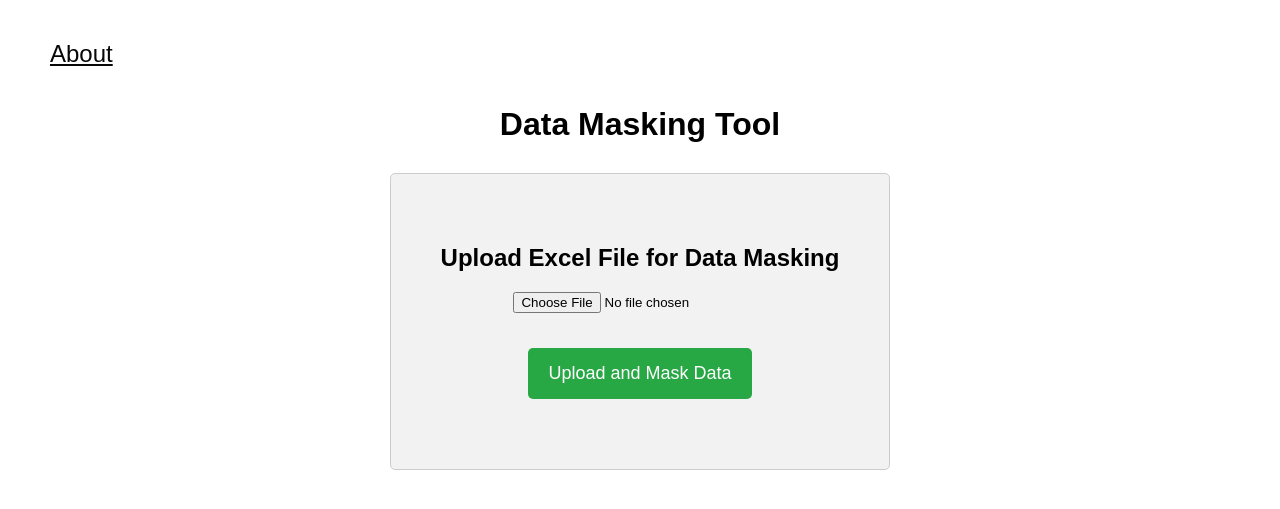
Repository: prithika12/DataMasking_Tool
Page: index.html
An editor plug-in stored every save of this project. The page is shown before and after the next save, followed by the edit.
The browser window is 1280 px wide. The pictures show the whole page.

Above is the page before, as saved 2024-07-09 11:55:55.

### index.html
<!DOCTYPE html>
<html>
<head>
    <title>Data Masking Tool</title>
    <style>
        body {
            font-family: Arial, sans-serif;
            margin: 0px;
            padding: 0;
            display: flex;
            flex-direction: column; /* Align items in a column */
            justify-content: center; /* Center vertically */
            align-items: center; /* Center horizontally */
            height: 80vh; /* Full viewport height */
        }
        .container {
            max-width: 600px;
            padding: 50px;
            background-color: #f2f2f2;
            border: 1px solid #ccc;
            border-radius: 5px;
            text-align: center; /* Center text inside container */
        }
        h1 {
            text-align: center; /* Center text */
            margin-top: 0; /* Remove default margin */
            margin-bottom: 30px;
        }
        h2 {
            text-align: center;
        }
        input[type="file"] {
            display: block;
            margin: 20px auto;
        }
        button {
            display: block;
            margin: 20px auto;
            font-size: large;
            margin-top: 35px;
            padding: 15px 20px;
            background-color: #28a745;
            color: white;
            border: none;
            border-radius: 5px;
            cursor: pointer;
        }
        button:hover {
            background-color: #218838;
        }
        .about-link {
            position: absolute;
            top: 20px;
            left: 20px;
            padding: 20px 30px;
        }
        .about-link a {
            color: #070708;
            font-size: x-large;
            text-decoration: underline;
        }
        .about-link a:hover {
            text-decoration: underline;
        }
    </style>
</head>
<body>
    <h1>Data Masking Tool</h1>
    <div class="container">
        <h2>Upload Excel File for Data Masking</h2>
        <form action="/uploader" method="post" enctype="multipart/form-data">
            <input type="file" name="file" accept=".xlsx">
            <button type="submit">Upload and Mask Data</button>
        </form>
    </div>
    <div class="about-link">
        <a href="https://github.com/prithika12/DataMasking_Tool/blob/main/README.md" target="_blank">About</a>
    </div>
</body>
</html>

After the next save:
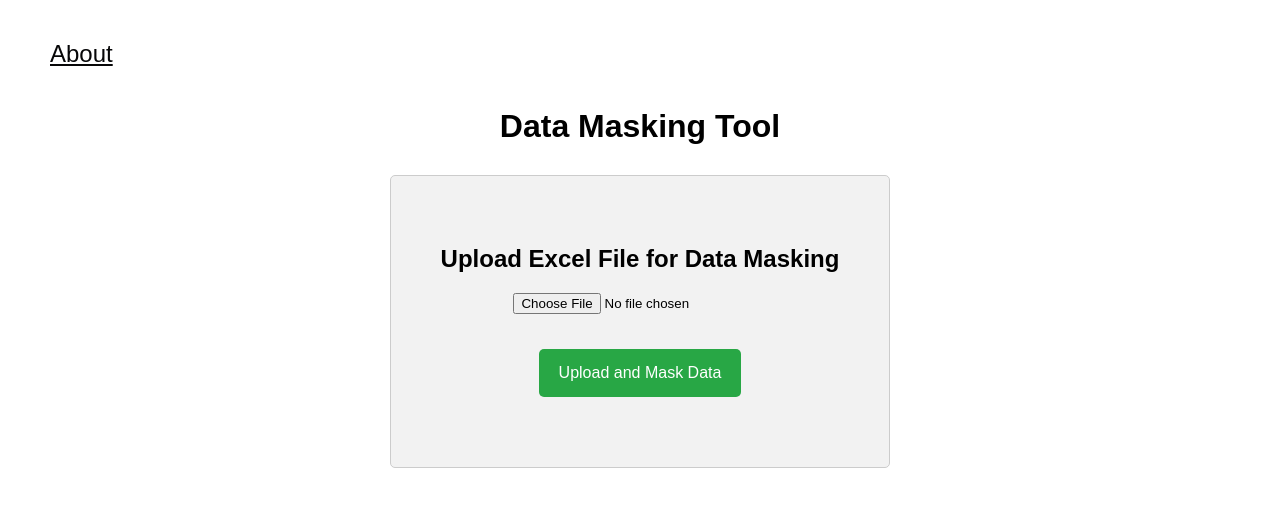
Saved 10 s later.
--- a/index.html
+++ b/index.html
@@ -36,7 +36,7 @@
         button {
             display: block;
             margin: 20px auto;
-            font-size: large;
+            font-size: medium;
             margin-top: 35px;
             padding: 15px 20px;
             background-color: #28a745;
